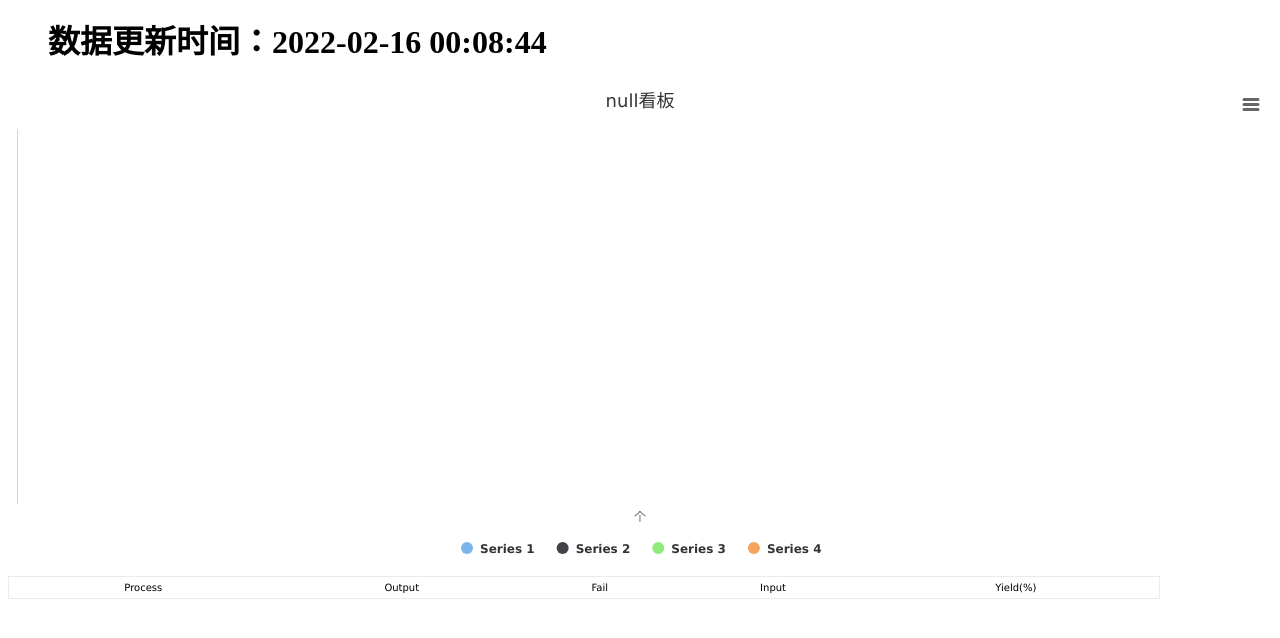
Repository: zxj19880502/mycode
Page: http://localhost/test1/line.jsp
The author's editor kept a copy of each file at every save. The page is drawn from the files as they stood at one save, then again after the next save.
The browser window is 1280 px wide. The pictures show the whole page.
The page is served by Tomcat 9. Queries for data that is not in the repository find no rows.

Above is the page before, as saved 2022-04-02 02:07:03.

After the next save:
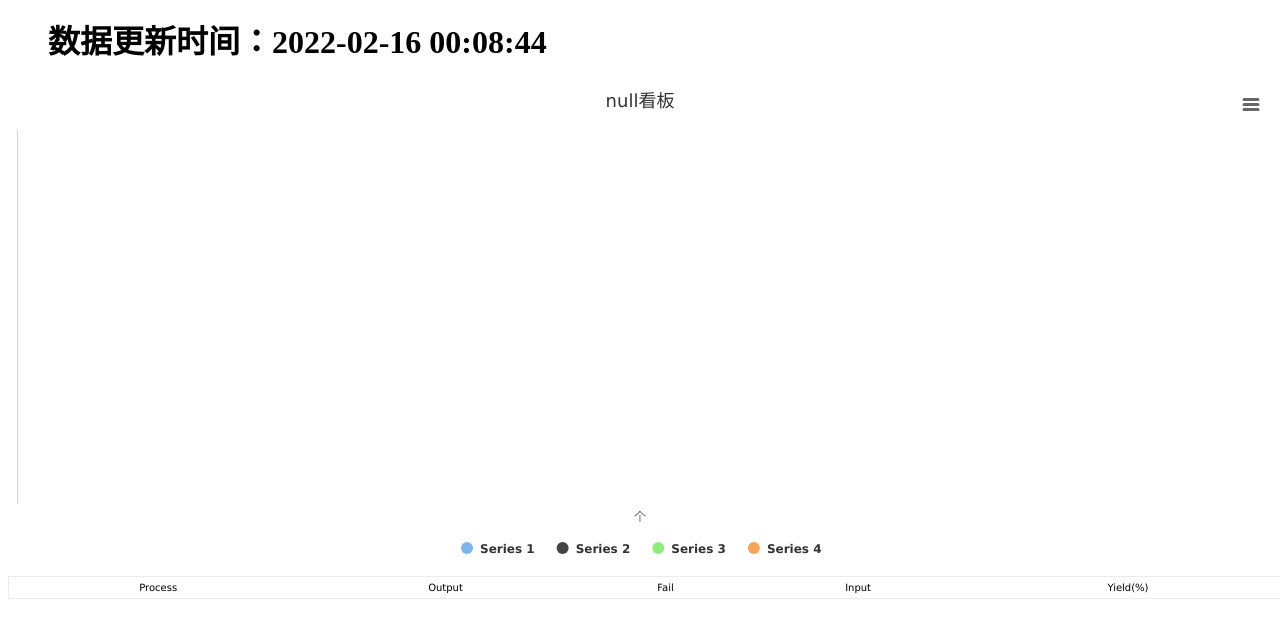
Saved 20 s later.
--- a/apache-tomcat-8.5.73/webapps/ROOT/test1/line.jsp
+++ b/apache-tomcat-8.5.73/webapps/ROOT/test1/line.jsp
@@ -74,7 +74,7 @@ ResultSet rs=stmt.executeQuery("SELECT PROCESS_NAME,SUM(PASS_QTY)as good,sum(FAI
 <tr><td><h1>&nbsp;&nbsp;&nbsp;&nbsp;&nbsp;数据更新时间：<%=datetime %></h1></td></tr>
     <div id="container"></div>
 
-<table  id="datatable" style="position:absolute;width: 90%;font-family: Verdana, sans-serif;border-collapse: collapse;border: 1px solid #ebebeb;text-align: center;font-size:10px">
+<table  id="datatable" style="position:absolute;width: 100%;font-family: Verdana, sans-serif;border-collapse: collapse;border: 1px solid #ebebeb;text-align: center;font-size:10px">
     <tr>
         <td>Process</td>
        <td>Output</td>
